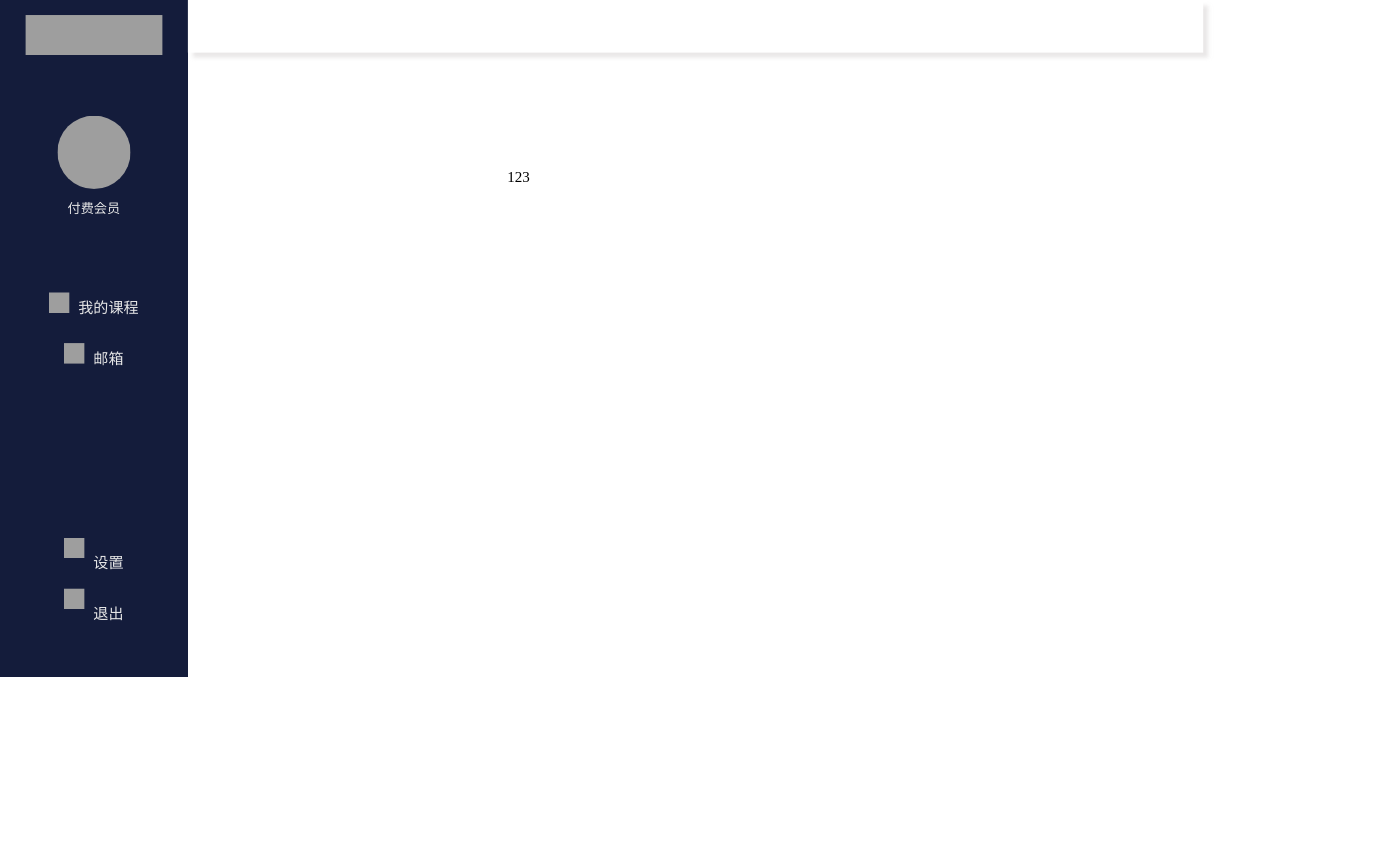
Repository: saswhite/banyuan-class
Page: / (app in 9.14作业/)
The author's editor kept a copy of each file at every save. The page is drawn from the files as they stood at one save, then again after the next save.
The browser window is 1280 px wide. The page is 1480 px wide, so the pictures cover 1480 px, including what lies to the right of the window. The pictures show the whole page, at 94% of full size.
Pictures or frames that could not be fetched are drawn as grey boxes. The project was rebuilt for these pictures with package versions that can differ from the ones it lists, and the page was loaded fresh each time.

Above is the page before, as saved 2020-09-14 16:54:50.

After the next save:
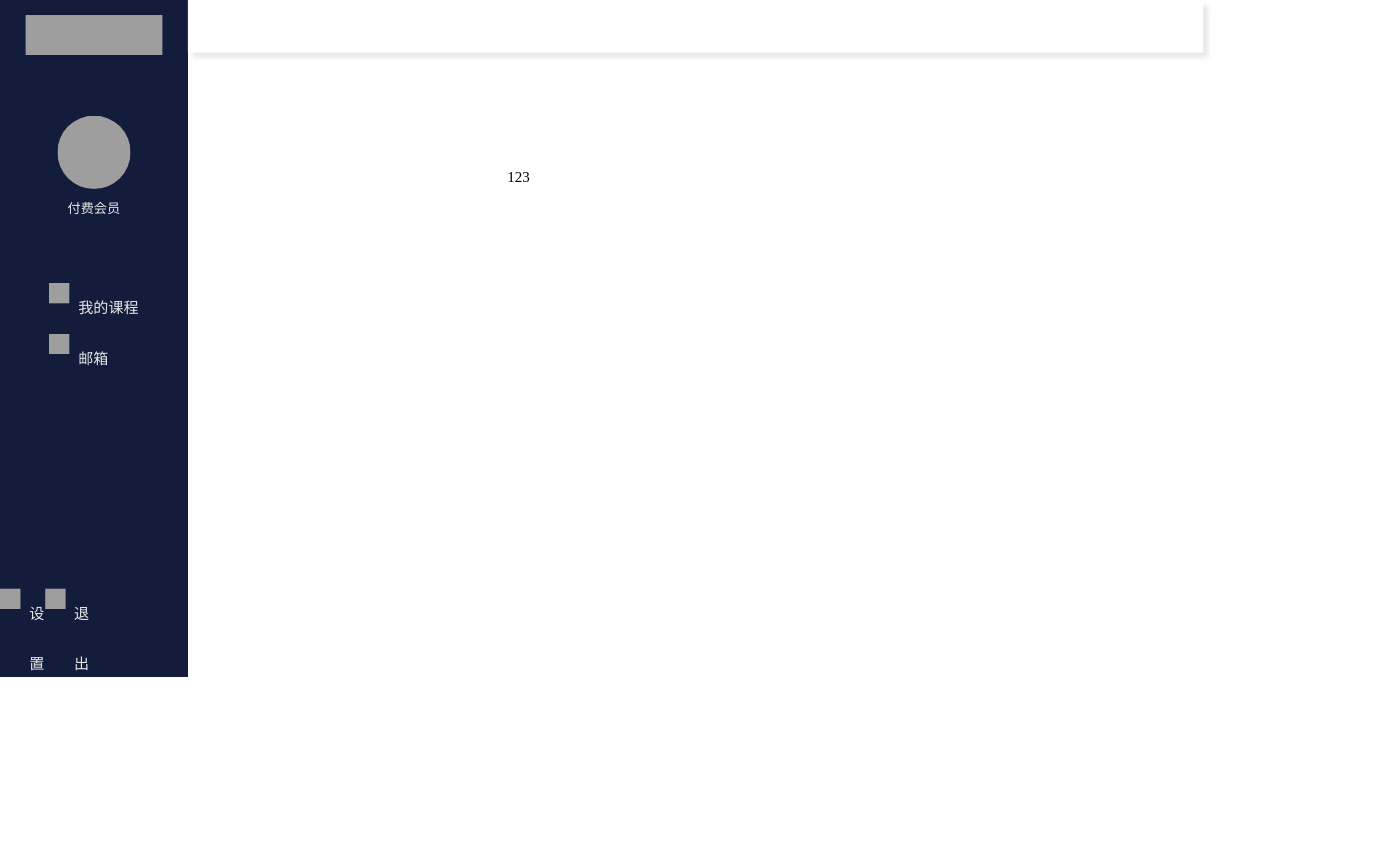
Saved 4 s later.
--- a/9.14作业/src/App.vue
+++ b/9.14作业/src/App.vue
@@ -155,7 +155,7 @@ export default {
 }
 .section-container {
   width: 95px;
-  dispaly: flex;
+  display: flex;
 }
 .section:hover {
   background-color: rgba(105, 100, 209, 0.35);
